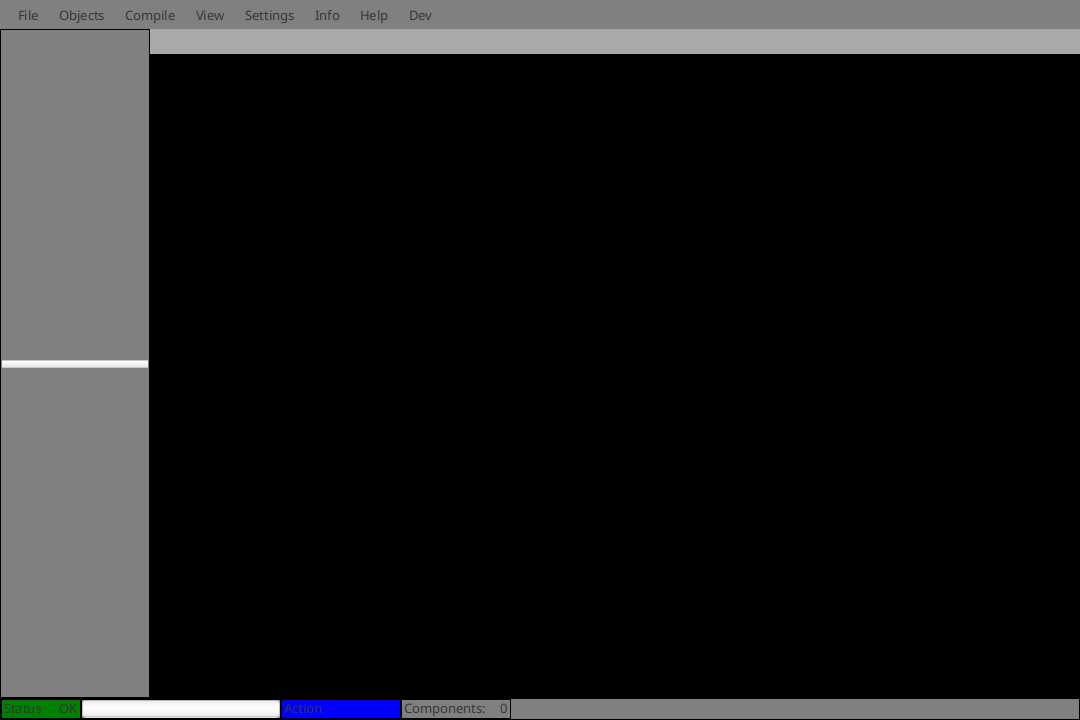
Repository: knoxaramav2/Sapa
Program's window: java nSketch/nSketch/src/system/Launcher.java
An editor plug-in stored every save of this project. The program's window is shown before and after the next save, followed by the edit.
It runs on Java 21 on a 1366 x 768 screen with JavaFX 11; the title bar is not drawn.

Above is the program's window before, as saved 2016-02-29 03:42:30.

### nSketch/nSketch/src/system/Launcher.java
package system;

import gui.Controller;
import gui.SubController;
import javafx.application.Application;
import javafx.event.ActionEvent;
import javafx.event.EventHandler;
import javafx.fxml.FXMLLoader;
import javafx.scene.Parent;
import javafx.scene.Scene;
import javafx.scene.control.Button;
import javafx.scene.layout.StackPane;
import javafx.stage.Stage;

public class Launcher extends Application{

	int defaultWidth = 1080;
	int defaultHeight = 720;

	public static void main(String[] args) {
		launch(args);
	}

	@Override
	public void start(Stage primaryStage) throws Exception {

		Controller CT = new Controller(new Settings(primaryStage), primaryStage);//primary controller
		FXMLLoader loader = new FXMLLoader(getClass().getResource("../gui/Layout.fxml"));//load primary FXML

		loader.setController(CT);

		loader.load();


		Scene scene = new Scene(loader.getRoot(),defaultWidth,defaultHeight);

		primaryStage.setScene(scene);
		primaryStage.show();
	}

}

### nSketch/nSketch/src/gui/Controller.java
package gui;

import java.awt.Desktop;
import java.io.File;
import java.io.FileInputStream;
import java.io.IOException;

import javafx.event.ActionEvent;
import javafx.fxml.FXML;
import javafx.fxml.FXMLLoader;
import javafx.scene.Parent;
import javafx.scene.Scene;
import javafx.scene.control.Button;
import javafx.scene.control.Label;
import javafx.scene.text.Text;
import javafx.stage.FileChooser;
import javafx.stage.FileChooser.ExtensionFilter;
import javafx.stage.Modality;
import javafx.stage.Stage;
import javafx.stage.StageStyle;
import system.Settings;

public class Controller {

	//Held References
	SubController sCT = null;

	Settings settings = null;
	Stage stage = null;

	@FXML Label statusLabel;
	@FXML Label actionLabel;

	public Controller(Settings st, Stage pStage)
	{
		System.out.println("Controller created");
		settings=st;

		//Load controls
		sCT = new SubController(st, pStage);
		stage=pStage;
	}


	@FXML private Text actionTarget;

	@FXML protected void actAbout(ActionEvent event)
	{
		System.out.println("About Pressed");

		try {
			FXMLLoader fxmlLoader = new FXMLLoader(getClass().getResource("About.fxml"));
			Parent root = (Parent) fxmlLoader.load();
			Stage stage = new Stage();
			stage.initModality(Modality.APPLICATION_MODAL);
			stage.setTitle("About");
			stage.setScene(new Scene(root));
			stage.show();

		} catch (IOException e) {
			// TODO Auto-generated catch block
			e.printStackTrace();
		}
	}

	@FXML protected void actExit(ActionEvent event)
	{
		System.exit(0);
	}

	@FXML protected void actProjectSettings(ActionEvent event)
	{
		System.out.println("Configure Project");

		if (!settings.isProjectActive())
			return;

		try {
			FXMLLoader prjLoader = new FXMLLoader(getClass().getResource("../gui/ProjectSettings.fxml"));//load project settings XML
			prjLoader.setController(sCT);
			Parent root = (Parent) prjLoader.load();
			sCT.LoadForm();
			Stage stage = new Stage();
			stage.initModality(Modality.APPLICATION_MODAL);
			stage.setTitle("Project Settings");
			stage.setScene(new Scene(root));
			stage.show();
		} catch (IOException e) {
			System.out.println("Failed to open configure dialog");
			e.printStackTrace();
		}
	}

	@FXML protected void actDev(ActionEvent event)
	{

		setStatus("Dev");

		try {
			FXMLLoader fxmlLoader = new FXMLLoader(getClass().getResource("Popup.fxml"));
			Parent root = (Parent) fxmlLoader.load();
			Stage stage = new Stage();
			stage.initModality(Modality.APPLICATION_MODAL);
			stage.setTitle("About");
			stage.setScene(new Scene(root));
			stage.show();

		} catch (IOException e) {
			// TODO Auto-generated catch block
			e.printStackTrace();
		}
	}

	@FXML protected void actNewProject(ActionEvent event)
	{
		System.out.println("New Project");

		//prompt for save or cancel
		if (settings.isProjectActive())
		{

		}

		try {
			FXMLLoader npWizard = new FXMLLoader(getClass().getResource("../gui/NewProject.fxml"));//new Project Wizard
			npWizard.setController(sCT);
			Parent root = (Parent) npWizard.load();
			sCT.LoadForm();
			Stage stage = new Stage();
			stage.initModality(Modality.APPLICATION_MODAL);
			stage.setTitle("Project Wizard");
			stage.setScene(new Scene(root));
			stage.show();

		} catch (IOException e) {
			// TODO Auto-generated catch block
			e.printStackTrace();
		}
	}

	@FXML protected void actLoadProject(ActionEvent event)
	{
		System.out.println("Load Project");

		FileChooser fc = new FileChooser();
		fc.setTitle("Open Project File");
		fc.setInitialDirectory(new File(settings.getProjectPath()));

		FileChooser.ExtensionFilter filter = new FileChooser.ExtensionFilter("nSketch Project (*.cns)", "*.cns");
		fc.getExtensionFilters().add(filter);

		File file = fc.showOpenDialog(stage);
		if (file!=null)
		{
			loadProjectFile(file);
		} else
			return;
	}

	@FXML protected void actSaveProject(ActionEvent event)
	{
		System.out.println("Save Project");
	}


	//Utility methods
	protected void loadProjectFile(File file)
	{

		System.out.println(file.getName());
	}

	public void setStatus(String msg)
	{
		statusLabel.setText(msg);
	}
}

### nSketch/nSketch/src/system/Settings.java
package system;

import java.util.ArrayList;

import javafx.stage.Stage;

class Version
{
	int MAJOR;
	int MINOR;
	int PATCH;

	public Version()
	{
		MAJOR=0;
		MINOR=0;
		PATCH=0;
	}

	@Override
	public
	String toString()
	{
		return new String(Integer.toString(MAJOR)+"."+Integer.toString(MINOR)+"."+Integer.toString(PATCH));
	}
}

/*
 * Stores all project information
 *
 */
public class Settings {

	//project information
	String projectName = null;
	String projectPath = null;
	Version version = null;
	Boolean activeProject = null;
	ArrayList <String> fileList = null;

	//Compiler Settings
	Boolean bitmode64;
	String interLang;

	//Biology Globals
	public Double ECSC;//extra cellular space concentration
	public Integer TDF;//time dilation factor

	//system references
	Stage primaryStage = null;

	//file tracking
	ArrayList <String> ProjectFiles = null;

	public Settings(Stage stg)
	{
		projectName = new String();
		projectPath = new String();
		version = new Version();
		activeProject=new Boolean(false);
		fileList = new ArrayList <String>();

		bitmode64 = new Boolean(true);
		interLang = new String("C");

		ECSC = new Double(0.0);
		TDF = new Integer(1);

		primaryStage = stg;

		setProjectName("untitled");
		setProjectPath("projects/");
	}

	public void setProjectName(String name)
	{
		projectName=name;

		projectPath=new String(projectPath+projectName);

		primaryStage.setTitle("nSketch    - "+name);

		System.out.println("Project name set to "+name);
	}

	public void setVersion(int M, int m, int p)
	{
		version.MAJOR=M;
		version.MINOR=m;
		version.PATCH=p;
	}

	public String getProjectName()
	{
		return projectName;
	}

	public Boolean isProjectActive()
	{
		return activeProject;
	}

	public String getProjectPath()
	{
		return projectPath;
	}

	public String getPath()
	{
		return new String(projectPath+projectName+"/");
	}

	public String getVersion()
	{
		return version.toString();
	}

	public String getInterLang()
	{
		return interLang;
	}

	public ArrayList<String> getFileList()
	{
		return fileList;
	}

	public Boolean is64bit()
	{
		return bitmode64;
	}

	public void setProjectPath(String path)
	{
		System.out.println("Settings path to "+path);
		projectPath=path;
	}

	public void setProjectActive(Boolean state)
	{
		activeProject=state;
	}

}

### nSketch/nSketch/src/gui/SubController.java
package gui;

import java.io.File;
import java.io.IOException;

import appFields.VersionField;
import fileIo.ProjectWriter;
import javafx.event.ActionEvent;
import javafx.fxml.FXML;
import javafx.scene.control.Button;
import javafx.scene.control.RadioButton;
import javafx.scene.control.TextField;
import javafx.scene.text.Text;
import javafx.stage.DirectoryChooser;
import javafx.stage.Stage;
import system.FileUtility;
import system.Settings;

public class SubController {

	//User mutable data
	Settings settings = null;
	Stage stage;

	@FXML private TextField prjSetName;
	@FXML private TextField prjPath;
	@FXML private VersionField prjVers;
	@FXML private Button prjSetCancel;
	@FXML private Button prjSetConfirm;
	@FXML private Button prjFileIO;
	@FXML private RadioButton rb1, rb2;

	public SubController(Settings st, Stage stg)
	{
		System.out.println("SubController created");

		settings=st;
		stage=stg;

		prjSetName = new TextField();
		prjPath = new TextField();
	}

	public void LoadForm()
	{
		prjSetName.setText(settings.getProjectName());
		prjPath.setText(settings.getProjectPath());
		rb1.setSelected(true);
		rb2.setSelected(false);
	}

	@FXML protected void actConfirmSettings(ActionEvent event)
	{
		System.out.println("Confirmed Settings");

		//load current information

		//copy data to settings
		settings.setProjectName(prjSetName.getText());

		System.out.println("--> "+prjSetName.getText());


		ProjectWriter.saveProject(settings);

		((Stage) prjSetConfirm.getScene().getWindow()).close();
	}

	@FXML protected void actCancelSettings(ActionEvent event)
	{
		System.out.println("Canceled Settings");

		((Stage) prjSetCancel.getScene().getWindow()).close();

	}

	@FXML protected void actConfirmNewProject(ActionEvent event)
	{
		System.out.println("Project Wizard Confirmation");

		//Validate controls
			//Verify output is unused
		System.out.println("Checking for path or file "+settings.getProjectPath()+prjSetName.getText());
		if (FileUtility.PathExists(settings.getProjectPath()+prjSetName.getText()))
		{
			//path exists
			System.out.println("Project already exists");
		}
		//Create new project files
		settings.setProjectName(prjSetName.getText());
		settings.setProjectPath(prjPath.getText());



		if (ProjectWriter.writeProjectFile(settings))
			settings.setProjectActive(true);
		else
			System.out.println("Project unable to be created");

		((Stage) prjSetConfirm.getScene().getWindow()).close();
	}

	@FXML protected void actCancelNewProject(ActionEvent event)
	{
		System.out.println("Canceled Settings");

		((Stage) prjSetCancel.getScene().getWindow()).close();
	}

	@FXML protected void actSelectPath(ActionEvent event)
	{
		System.out.println("Select Path");

		DirectoryChooser dc = new DirectoryChooser();

		dc.setTitle("Select Project Parent Directory");
		File pth = dc.showDialog(stage);

		if (pth!=null)
		{
			try {
				settings.setProjectPath(pth.getCanonicalPath());
				this.LoadForm();
			} catch (IOException e) {
				// TODO Auto-generated catch block
				e.printStackTrace();
			}
		}
	}
}

### nSketch/nSketch/src/gui/Layout.fxml
<?xml version="1.0" encoding="UTF-8"?>

<?import java.net.*?>
<?import javafx.geometry.*?>
<?import javafx.scene.control.*?>
<?import javafx.scene.layout.*?>
<?import javafx.scene.text.*?>
<?import javafx.scene.layout.VBox?>
<?import javafx.scene.control.SplitPane?>
<?import javafx.scene.layout.Pane?>

<BorderPane xmlns:fx="http://javafx.com/fxml"
	prefHeight="720" prefWidth="1080">

	<bottom>
		<GridPane fx:id="statusPane" prefHeight="20.0" BorderPane.alignment="CENTER"
			style="-fx-background-color:gray; -fx-border-color:black;  -fx-border-width:1; -fx-border-style:solid">
			<AnchorPane style="-fx-border-color:black; -fx-background-color:green" fx:id="statusPane"
				GridPane.columnIndex="0" GridPane.rowIndex="0"
				prefWidth="80">
				<Label text="Status " AnchorPane.leftAnchor="2"/>
				<Label text="OK" fx:id="statusLabel" AnchorPane.rightAnchor="2"/>
			</AnchorPane>
			<ProgressBar fx:id="loadBar" prefHeight="20.0" prefWidth="200" BorderPane.alignment="CENTER" progress="0"
				style="-fx-background-color:gray; -fx-border-color:black;  -fx-border-width:1; -fx-border-style:solid"
				GridPane.columnIndex="1" GridPane.rowIndex="0"/>
			<AnchorPane style="-fx-border-color:black; -fx-background-color:blue" fx:id="actionPane"
				GridPane.columnIndex="2" GridPane.rowIndex="0"
				prefWidth="120">
				<Label text="Action " AnchorPane.leftAnchor="2"/>
				<Label text="" fx:id="actionLabel" AnchorPane.rightAnchor="2"/>
			</AnchorPane>
			<AnchorPane style="-fx-border-color:black" fx:id="statsPane"
				GridPane.columnIndex="3" GridPane.rowIndex="0"
				prefWidth="110">
				<Label text="0" AnchorPane.rightAnchor="2"/>
				<Label text="Components:" fx:id="componentLabel" AnchorPane.leftAnchor="2"/>
			</AnchorPane>
		</GridPane>
	</bottom>
	<left>
		<SplitPane fx:id="lPane" orientation="VERTICAL" style="-fx-background-color:gray; -fx-border-color:black; -fx-border-width:1; -fx-border-style:solid"
			dividerPositions="0.5" maxHeight="-Infinity" maxWidth="-Infinity" prefHeight="1080" prefWidth="150">
			<items>
				<ScrollPane fx:id="hierarchyPane" style="-fx-background:gray">
					<content>
						<VBox alignment="center">
							<Label text=""/>
							<!-- Current Project Levels -->
						</VBox>
					</content>
				</ScrollPane>
				<ScrollPane fx:id="componentPane" style="-fx-background:gray">
					<content>
						<VBox alignment="center">
							<!-- Current Component templates -->
						</VBox>
					</content>
				</ScrollPane>
			</items>
		</SplitPane>
	</left>
	<top>
		<MenuBar fx:id="menuBar" style="-fx-background-color:gray">
	      <menus>
	         <Menu text="File">
	            <items>
	               <MenuItem text="New Project" onAction="#actNewProject"/>
	               <MenuItem text="Open Project" onAction="#actLoadProject"/>
	               <MenuItem text="Save Project" onAction="#actSaveProject"/>
	               		<SeparatorMenuItem />
	               <MenuItem text="New Diagram"/>
	               <MenuItem text="Open Diagram"/>
	               <MenuItem text="Import Diagram"/>
	               <MenuItem text="Save Diagram"/>
	               <MenuItem text="Save Diagram As"/>
	               		<SeparatorMenuItem  />
	               <MenuItem text="Exit" onAction="#actExit"/>
	            </items>
	         </Menu>
	         <Menu text="Objects">
	            <items>
	               <MenuItem text="View Objects"/>
	               		<SeparatorMenuItem />
	               <MenuItem text="Define New"/>
	            </items>
	         </Menu>
	         <Menu text="Compile">
	            <items>
	               <MenuItem text="Export Connectome"/>
	               <MenuItem text="Compile to Runnable"/>
	            </items>
	         </Menu>
	         <Menu text="View">
	            <items>
	               <MenuItem text="View Settings"/>
	            </items>
	         </Menu>
	         <Menu text="Settings">
	            <items>
	               <MenuItem text="Configure Project" onAction="#actProjectSettings"/>
	               <MenuItem text="Compilation Settings"/>
	               <MenuItem text="Project Settings"/>
	            </items>
	         </Menu>
	         <Menu text="Info">
	            <items>
	               <MenuItem text="Statistics"/>
	            </items>
	         </Menu>
	         <Menu text="Help">
	            <items>
	               <MenuItem text="About" onAction="#actAbout"/>
	            </items>
	         </Menu>
	         <Menu text="Dev">
	            <items>
	               <MenuItem text="Test Feature" onAction="#actDev"/>
	            </items>
	         </Menu>
	      </menus>
	   </MenuBar>
	  </top>
	<center>
		<VBox>
			<children>
				<TabPane style="-fx-background-color:darkgray" minHeight="25">

				</TabPane>
				<Pane style="-fx-background-color:black" prefHeight="720">

				</Pane>
			</children>
		</VBox>
	</center>

</BorderPane>

After the next save:
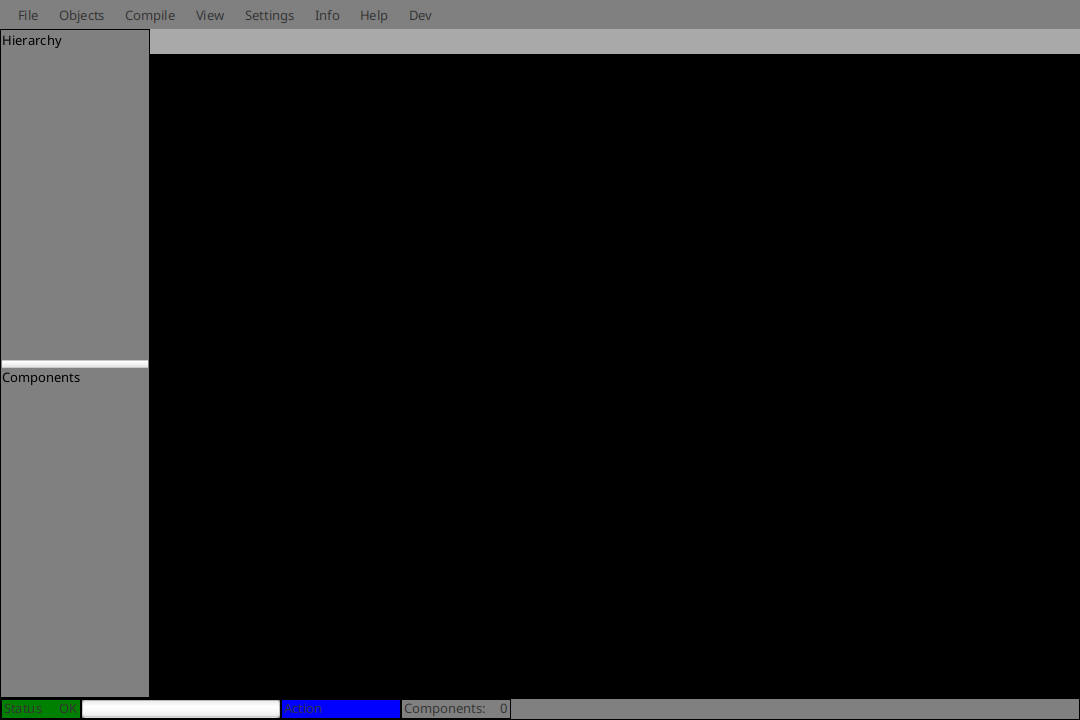
Saved 94 s later.
--- a/nSketch/nSketch/src/gui/Layout.fxml
+++ b/nSketch/nSketch/src/gui/Layout.fxml
@@ -45,7 +45,7 @@
 				<ScrollPane fx:id="hierarchyPane" style="-fx-background:gray">
 					<content>
 						<VBox alignment="center">
-							<Label text=""/>
+							<Label text="Hierarchy"/>
 							<!-- Current Project Levels -->
 						</VBox>
 					</content>
@@ -53,6 +53,7 @@
 				<ScrollPane fx:id="componentPane" style="-fx-background:gray">
 					<content>
 						<VBox alignment="center">
+							<Label text="Components"/>
 							<!-- Current Component templates -->
 						</VBox>
 					</content>
